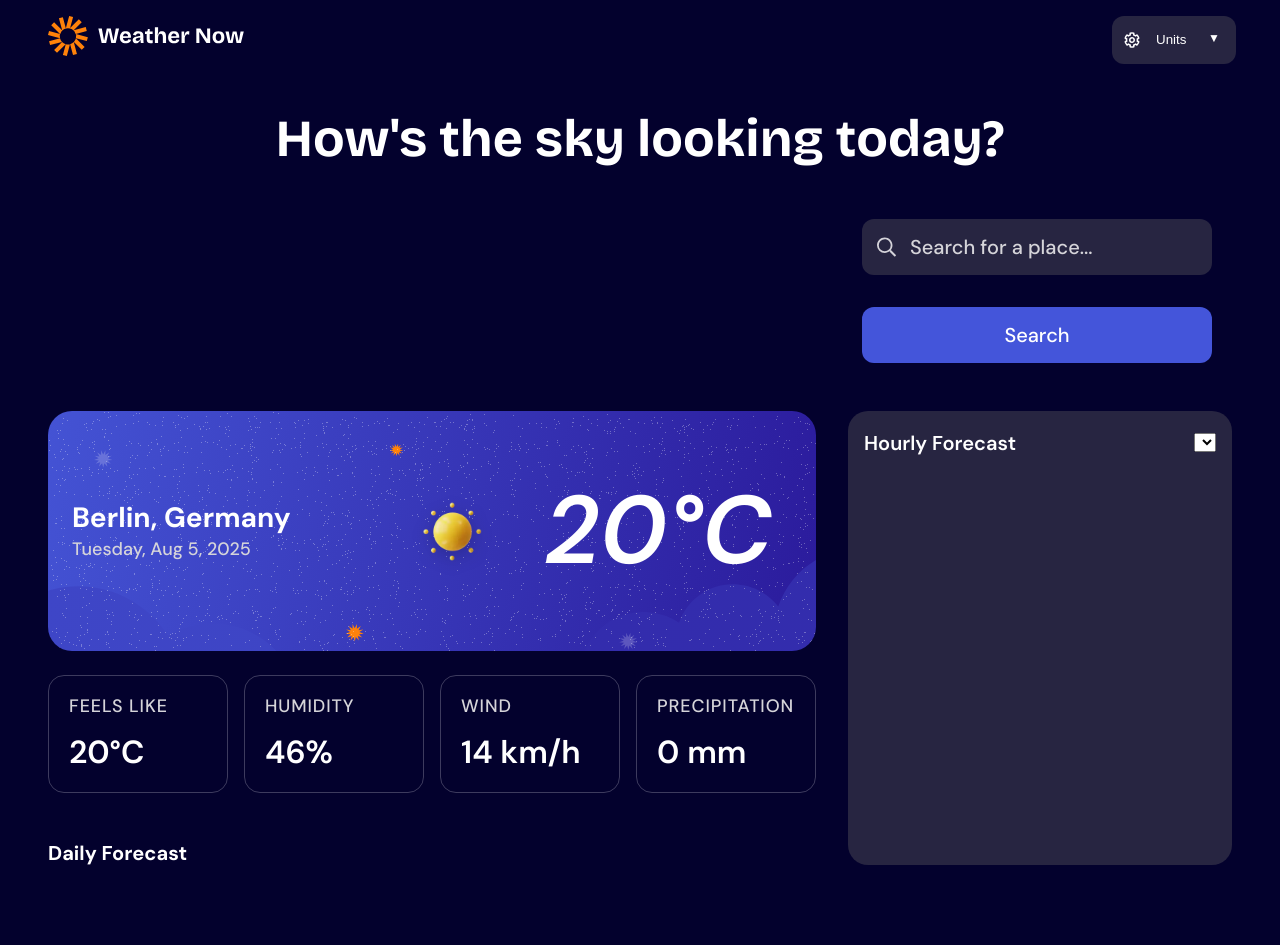
Repository: MKwaak/weather-app-main
Page: index.html
The author's editor kept a copy of each file at every save. The page is drawn from the files as they stood at one save, then again after the next save.
The browser window is 1280 px wide. The pictures show the whole page.
The page's requests for data from a server got no answer.

Above is the page before, as saved 2026-01-31 15:39:47.

After the next save:
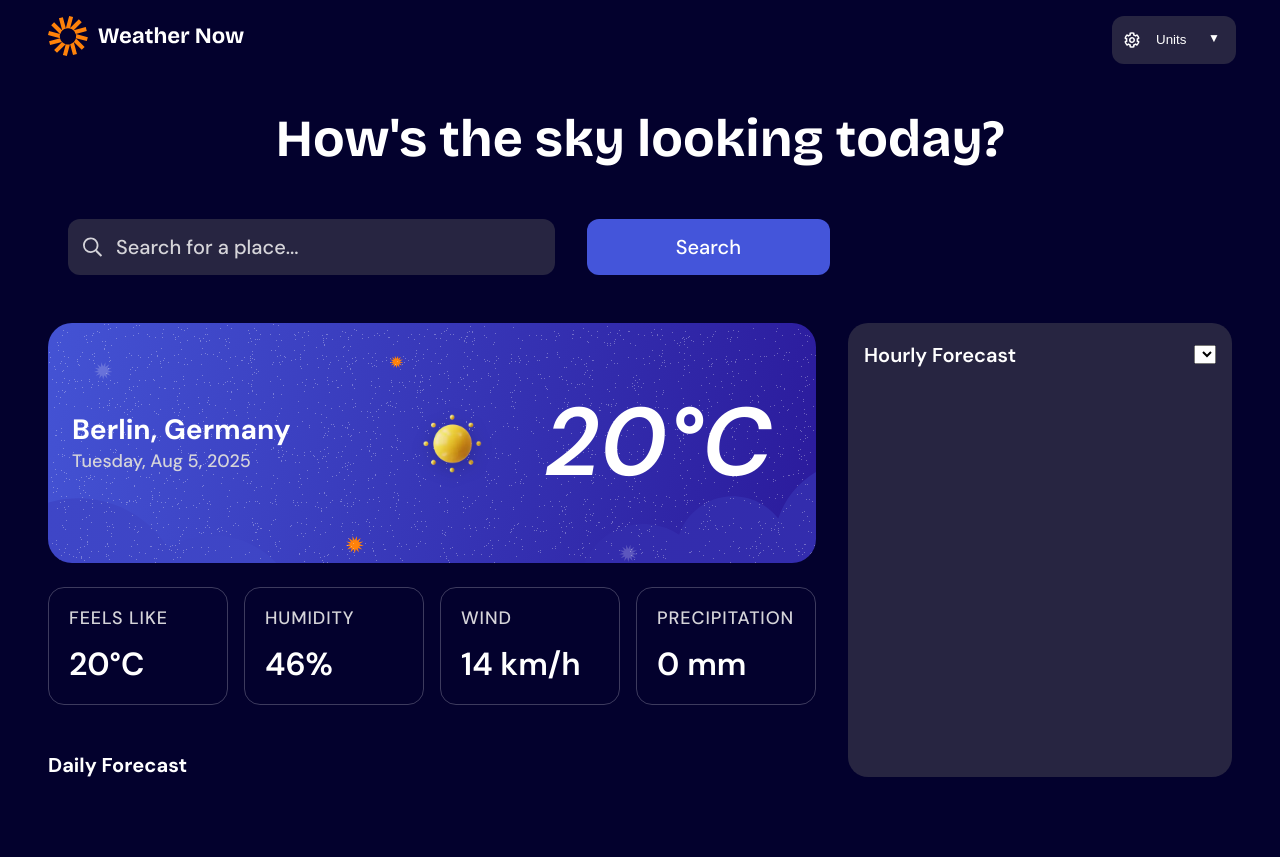
Saved 26 min 15 s later.
--- a/style.css
+++ b/style.css
@@ -339,30 +339,27 @@
 
 /* Hero search container */
 .hero__search {
-  /* De form gedraagt zich als een 'sub-container' */
-  grid-column: 1 / -1;
+  /* 1. BASIS (Mobiel): Alles onder elkaar */
   display: grid;
-  grid-template-columns: 1fr 350px;
-  column-gap: 32px;
-  /* DIT IS DE FIX: */
-  width: 100%; /* Eis de volle breedte op */
-  grid-column: 1 / -1; /* Als de parent een grid is: span over alles */
-  align-self: stretch; /* Zorg dat hij niet inklapt */
-
-  max-width: calc(1184 / 16 * 1rem); /* Moet exact gelijk zijn aan .dashboard */
+  grid-template-columns: 1fr; /* Slechts één kolom op mobiel */
+  gap: 16px;
+  width: 100%;
+  max-width: calc(1184 / 16 * 1rem);
   margin: 0 auto 24px auto;
-
+  padding: 0;
+
+  /* 2. DESKTOP: Pas hier de kolommen aan */
   @media (min-width: calc(1000 / 16 * 1rem)) {
-    /* VERANDER DIT: Gebruik 1fr 350px, NIET 2fr 1fr */
-    grid-template-columns: 1fr 350px;
-    gap: 32px;
+    /* Hier gebruiken we exact dezelfde setup als je dashboard */
+    grid-template-columns: minmax(0, 2fr) minmax(0, 1fr);
+    column-gap: 32px;
     align-items: center;
   }
 }
 
 /* Input box */
 .hero__textbox {
-  grid-column: 2; /* Matcht met de hourly box */
+  /* grid-column: 1; /* Matcht met de hourly box */
   width: 100%;
   height: 56px;
   box-sizing: border-box; /* Onmisbaar! */
@@ -440,6 +437,15 @@
   /* Fixed nested selector */
   background-color: var(--color-button-bg-hover);
   cursor: pointer;
+}
+/* De kinderen moeten ook weten in welke kolom ze horen op Desktop */
+@media (min-width: calc(1000 / 16 * 1rem)) {
+  .hero__textbox {
+    grid-column: 1; /* Links boven 'Current' */
+  }
+  .hero__button {
+    grid-column: 2; /* Rechts boven 'Hourly' */
+  }
 }
 
 .current {
